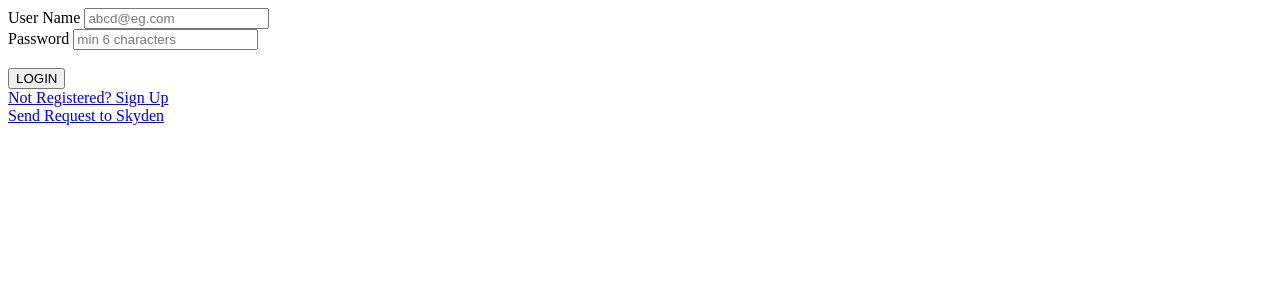
Repository: harshithkandula/Myfirstpractice
Page: Estore/src/main/webapp/addproduct.html
The author's editor kept a copy of each file at every save. The page is drawn from the files as they stood at one save, then again after the next save.
The browser window is 1280 px wide. The pictures show the whole page.

Above is the page before, as saved 2024-02-06 14:48:59.

### Estore/src/main/webapp/addproduct.html
<!DOCTYPE html>
<html>
<head>
<meta charset="ISO-8859-1">
<title>Add Product</title>
</head>
<body>
     <form>
          <label>User Name</label>
          <input type="text" name="txtemail" placeholder="abcd@eg.com"/><br>
          <label>Password</label>
          <input type="password" name="txtpwd" placeholder="min 6 characters"><br>
          <input type="hidden" value="login" name="txtType"><br>
          <input type="submit" value="LOGIN" ><br>
          <a href="register.html">Not Registered? Sign Up</a><br>
          <a href="Home">Send Request to Skyden</a>
     </form>
</body>
</html>

After the next save:
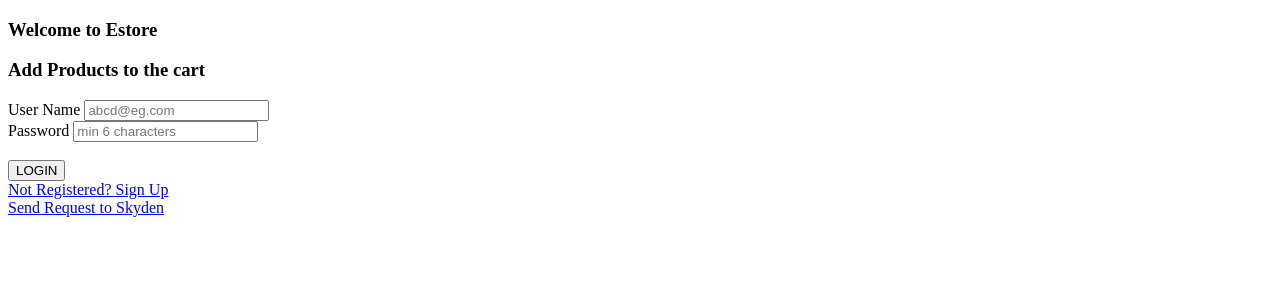
Saved 49 s later.
--- a/Estore/src/main/webapp/addproduct.html
+++ b/Estore/src/main/webapp/addproduct.html
@@ -5,6 +5,8 @@
 <title>Add Product</title>
 </head>
 <body>
+      <h3>Welcome to Estore</h3>
+      <h3>Add Products to the cart</h3>
      <form>
           <label>User Name</label>
           <input type="text" name="txtemail" placeholder="abcd@eg.com"/><br>
